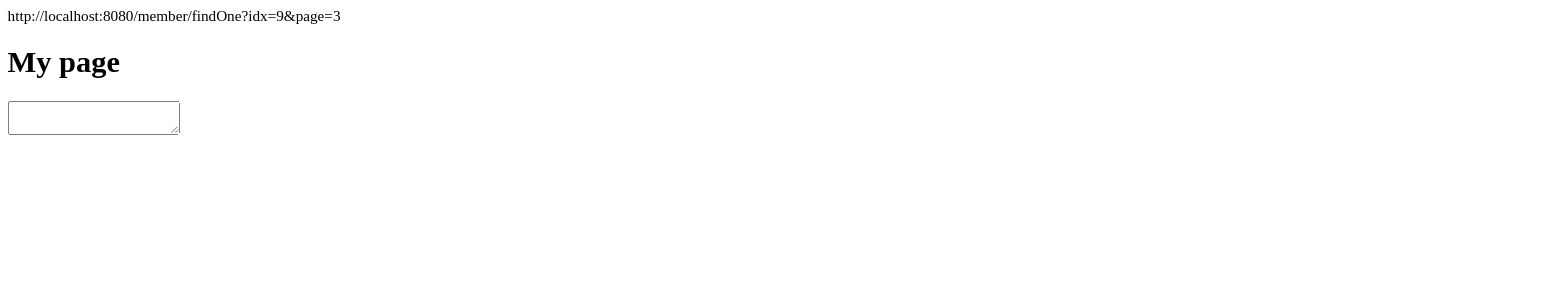
Repository: Rysdne/01_Java
Page: http://localhost/membermvc2_test/jstltest/makeurl.jsp
The author's editor kept a copy of each file at every save. The page is drawn from the files as they stood at one save, then again after the next save.
The browser window is 1280 px wide. The page is 1280 px wide, then 1635 px, so the pictures cover 1635 px, including what lies to the right of the window. The pictures show the whole page, at 95% of full size.
The page is served by Tomcat 9.

Above is the page before, as saved 2022-07-15 02:26:40.

After the next save:
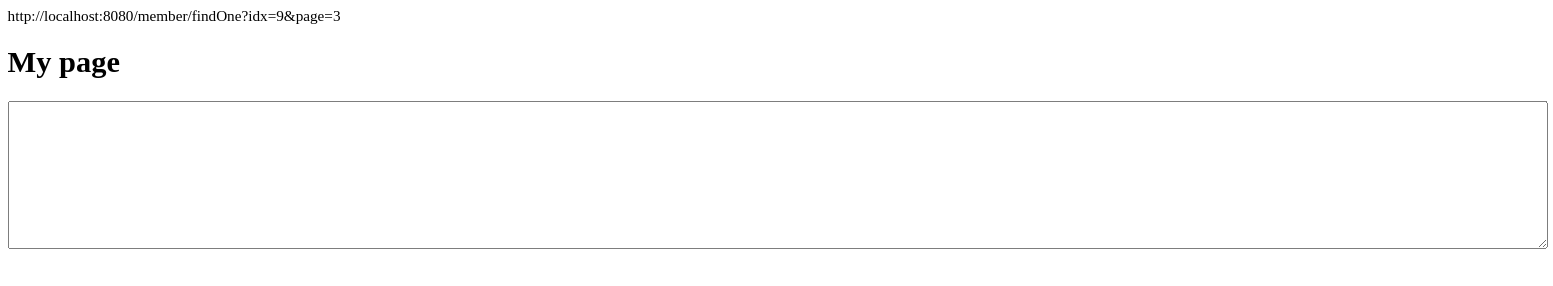
Saved 13 s later.
--- a/membermvc2_test/src/main/webapp/jstltest/makeurl.jsp
+++ b/membermvc2_test/src/main/webapp/jstltest/makeurl.jsp
@@ -13,7 +13,7 @@ ${makeurl}
 <%-- 페이지 내부에 포함시키기 --%>
 
 <h1>My page</h1>
-<textarea>
+<textarea cols="200" rows="10">
 
 
 </textarea>
